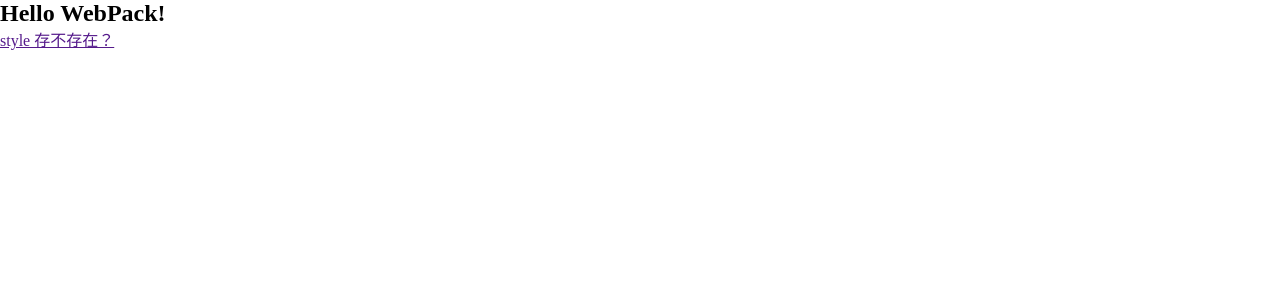
Repository: 1142235090/study_vue
Page: / (app in webpackstudy/)
The author's editor kept a copy of each file at every save. The page is drawn from the files as they stood at one save, then again after a run of saves.
The browser window is 1280 px wide. The pictures show the whole page.
The project was rebuilt for these pictures with package versions that can differ from the ones it lists, and the page was loaded fresh each time. Also part of the build but not shown: webpackstudy/webpack.config.js.

Above is the page before, as saved 2020-12-07 15:13:35.

### webpackstudy/index.html
<!DOCTYPE html>
<html lang="en">
<head>
    <meta charset="UTF-8">
    <meta name="viewport" content="width=device-width, initial-scale=1.0">
    <title>Document</title>
    <style>
        	* {
				margin: 0px;
				padding: 0px;
			}
			.clearfix:after {
				content: " ";
				display: block;
				clear: both;
			}

			.box {
				position: relative;
				width: 800px;
				height: 300px;
				margin: 100px auto;
			}

			.main {
				width: 800px;
				height: 300px;
				position: absolute;
				top: 0px;
				left: 50%;
				margin-left: -350px;
				overflow: hidden;
			}

			.item {
				list-style: none;
				width: 400px;
				height: 230px;
				position: absolute;
				left: 0px;
				top: 27px;
				transition: all 0.3s ease;
			}

			.p0 {
				transform: translate3d(-400px, 0, 0) scale(1);
				opacity: 0.1;
				z-index: 1;
			}

			.p1 {
				transform: translate3d(0px, 0, 0) scale(1);
				opacity: 0.8;
				z-index: 2;
			}

			.p2 {
				transform: translate3d(400px, 0, 0) scale(1);
				opacity: 0.8;
				z-index: 3;
			}

			.p3 {
				transform: translate3d(200px, 0, 0) scale(1.5);
				opacity: 1;
				z-index: 4;
			}

			.p4 {
				transform: translate3d(800px, 0, 0) scale(1);
				opacity: 0.1;
				z-index: 3;
			}

			.newItem {
				position: absolute;
				left: 0px;
				top: 0px;
			}

			.changeItem {
				position: absolute;
				left: 50%;
				top: 0px;
				margin-left: -202px;
				transform: scale(1.4);
			}

			.item img {
				width: 100%;
				height: 100%;
			}

			.btnMain {
				width: 100%;
				height: 100%;
				position: absolute;
				top: 0px;
				left: 0px;
			}

			.left {
				position: absolute;
				left: 15px;
				top: 50%;
				margin-top: -15px;
				z-index: 10;
			}

			.right {
				position: absolute;
				right: 15px;
				top: 50%;
				margin-top: -15px;
				z-index: 10;
			}

			.left img,
			.right img {
				width: 30px;
				height: 30px;
			}

			.pressMain {
				position: absolute;
				left: 50%;
				bottom: 10px;
				width: 134px;
				height: 24px;
				margin-left: -37px;
				z-index: 20;
			}

			.pressMain span {
                display: inline-block;
                margin: 2px 3px;
                width: 10px;
                height: 10px;
                border-radius: 50%;
                color: #fff;
                background-color: rgba(255,255,255,0.53);
                text-align: center;
                line-height: 20px;
			}

			.pressMain .active {
				background: brown;
			}
    </style>
</head>
<body>
    <div id='app'>
        <h2>{{message}}</h2>
    </div>
    <a href="">style 存不存在？</a>
    <a class="url-loader">

</body>
<script src="./dist/bundledefault.js"></script>
</html>

### webpackstudy/src/js/main.js

//第一种方式 module.exports引用
// const{add,mul} = require('./mathUtils')
// console.log(add(20,30));
// console.log(mul(20,30));

// //第二种方式 export
// import {name,age,height} from "./mathUtils"
// console.log(name);
// console.log(age);
// console.log(height);

// //css文件依赖
// require("../css/normal.css")

// //依赖less文件
// require("../css/special.less")

//使用vue进行开发
import Vue from 'vue'

const app = new Vue({
    el:'#app',
    data:{
        message:'Hello WebPack!'
    }
})

After the next 2 saves:
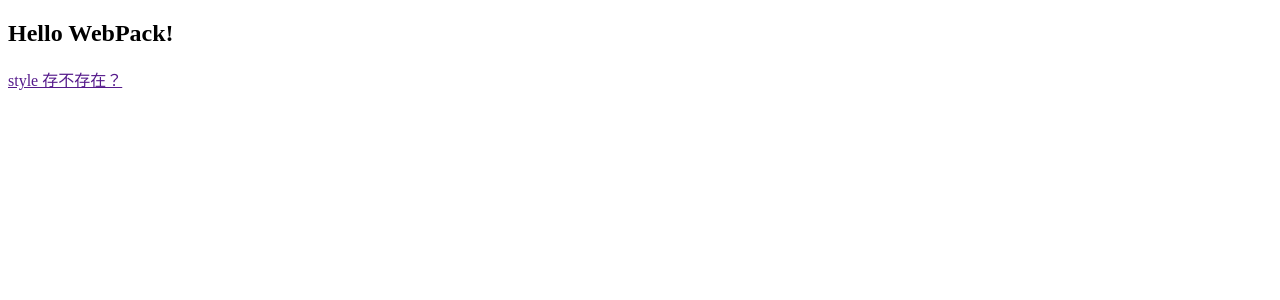
The 2 saves are shown as one change because they came seconds apart.
The last was saved 4 min 55 s later.
--- a/webpackstudy/index.html
+++ b/webpackstudy/index.html
@@ -4,149 +4,6 @@
     <meta charset="UTF-8">
     <meta name="viewport" content="width=device-width, initial-scale=1.0">
     <title>Document</title>
-    <style>
-        	* {
-				margin: 0px;
-				padding: 0px;
-			}
-			.clearfix:after {
-				content: " ";
-				display: block;
-				clear: both;
-			}
-
-			.box {
-				position: relative;
-				width: 800px;
-				height: 300px;
-				margin: 100px auto;
-			}
-
-			.main {
-				width: 800px;
-				height: 300px;
-				position: absolute;
-				top: 0px;
-				left: 50%;
-				margin-left: -350px;
-				overflow: hidden;
-			}
-
-			.item {
-				list-style: none;
-				width: 400px;
-				height: 230px;
-				position: absolute;
-				left: 0px;
-				top: 27px;
-				transition: all 0.3s ease;
-			}
-
-			.p0 {
-				transform: translate3d(-400px, 0, 0) scale(1);
-				opacity: 0.1;
-				z-index: 1;
-			}
-
-			.p1 {
-				transform: translate3d(0px, 0, 0) scale(1);
-				opacity: 0.8;
-				z-index: 2;
-			}
-
-			.p2 {
-				transform: translate3d(400px, 0, 0) scale(1);
-				opacity: 0.8;
-				z-index: 3;
-			}
-
-			.p3 {
-				transform: translate3d(200px, 0, 0) scale(1.5);
-				opacity: 1;
-				z-index: 4;
-			}
-
-			.p4 {
-				transform: translate3d(800px, 0, 0) scale(1);
-				opacity: 0.1;
-				z-index: 3;
-			}
-
-			.newItem {
-				position: absolute;
-				left: 0px;
-				top: 0px;
-			}
-
-			.changeItem {
-				position: absolute;
-				left: 50%;
-				top: 0px;
-				margin-left: -202px;
-				transform: scale(1.4);
-			}
-
-			.item img {
-				width: 100%;
-				height: 100%;
-			}
-
-			.btnMain {
-				width: 100%;
-				height: 100%;
-				position: absolute;
-				top: 0px;
-				left: 0px;
-			}
-
-			.left {
-				position: absolute;
-				left: 15px;
-				top: 50%;
-				margin-top: -15px;
-				z-index: 10;
-			}
-
-			.right {
-				position: absolute;
-				right: 15px;
-				top: 50%;
-				margin-top: -15px;
-				z-index: 10;
-			}
-
-			.left img,
-			.right img {
-				width: 30px;
-				height: 30px;
-			}
-
-			.pressMain {
-				position: absolute;
-				left: 50%;
-				bottom: 10px;
-				width: 134px;
-				height: 24px;
-				margin-left: -37px;
-				z-index: 20;
-			}
-
-			.pressMain span {
-                display: inline-block;
-                margin: 2px 3px;
-                width: 10px;
-                height: 10px;
-                border-radius: 50%;
-                color: #fff;
-                background-color: rgba(255,255,255,0.53);
-                text-align: center;
-                line-height: 20px;
-			}
-
-			.pressMain .active {
-				background: brown;
-			}
-    </style>
 </head>
 <body>
     <div id='app'>
@@ -154,7 +11,6 @@
     </div>
     <a href="">style 存不存在？</a>
     <a class="url-loader">
-
 </body>
 <script src="./dist/bundledefault.js"></script>
 </html>
